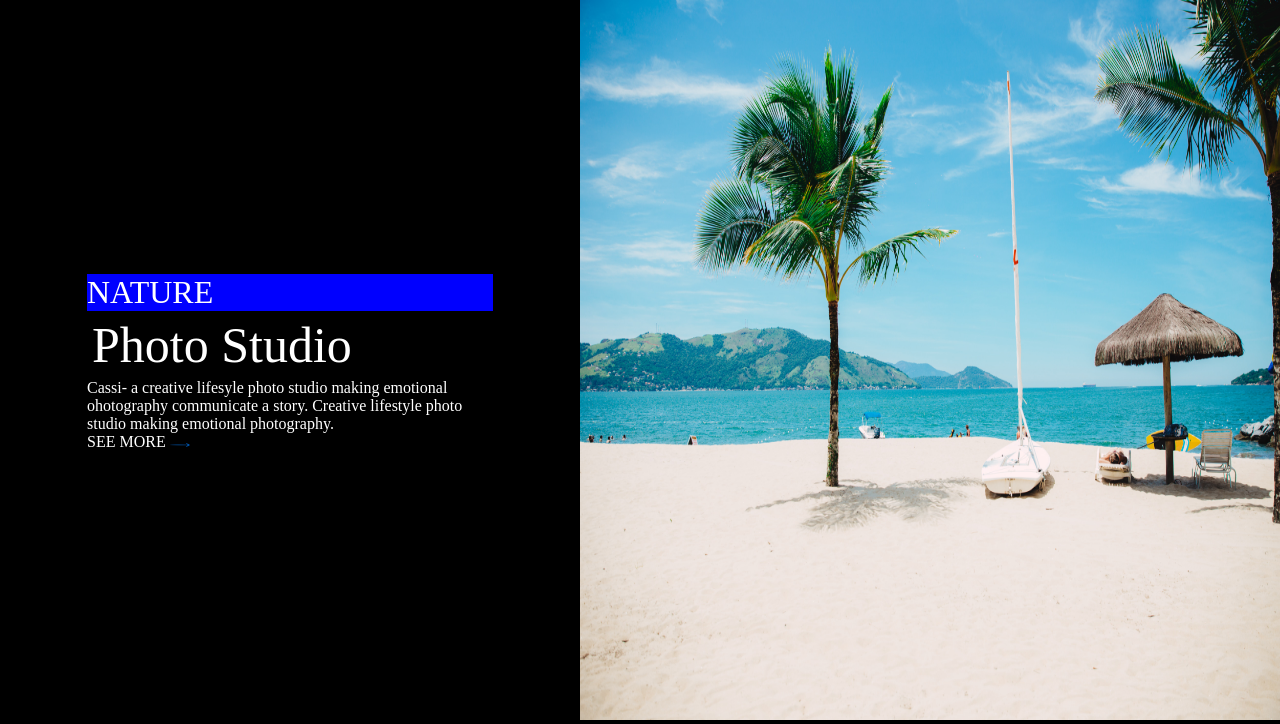
Repository: BRAspeaks/petty-project1
Page: petty project 1.html
The author's editor kept a copy of each file at every save. The page is drawn from the files as they stood at one save, then again after the next save.
The browser window is 1280 px wide. The pictures show the whole page.

Above is the page before, as saved 2022-07-25 15:18:48.

After the next save:
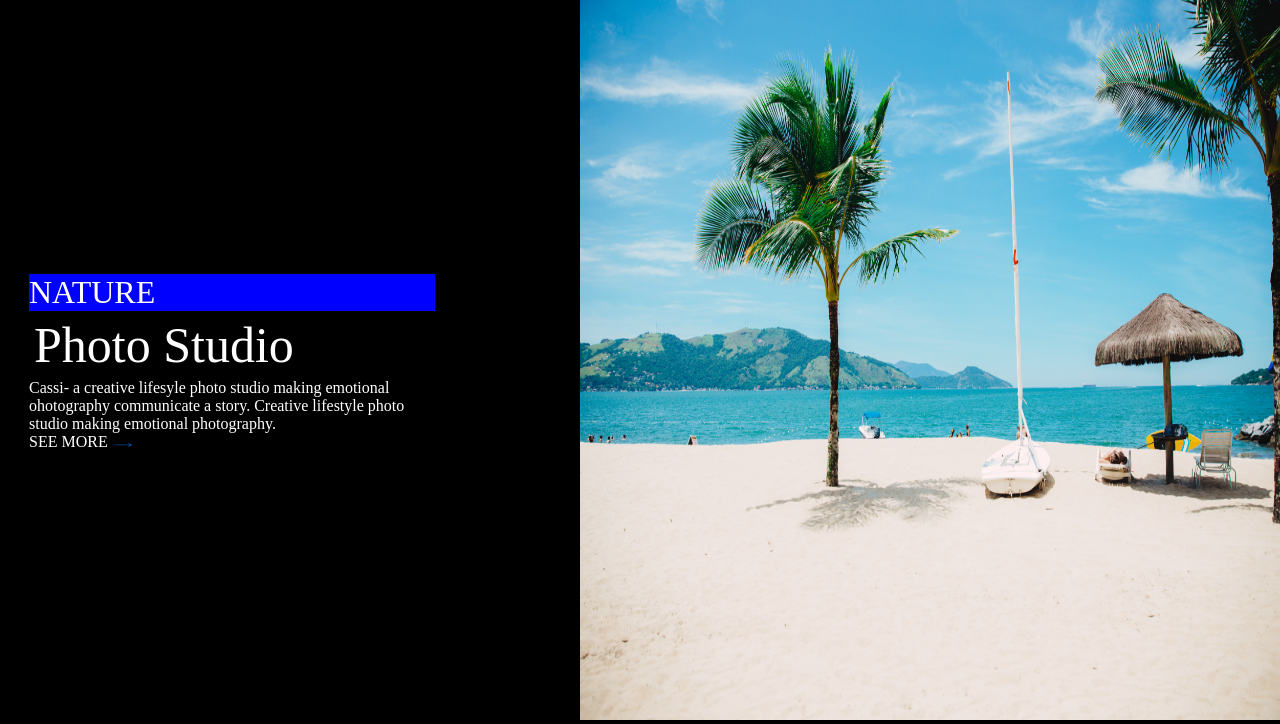
Saved 30 s later.
--- a/pettyproject1.css
+++ b/pettyproject1.css
@@ -8,7 +8,6 @@ body{
     color: white;
     display: grid;
     grid-template-columns: 1fr 1fr;
-    justify-items: center;
     align-items: center;
     justify-content: space-between;
 }
